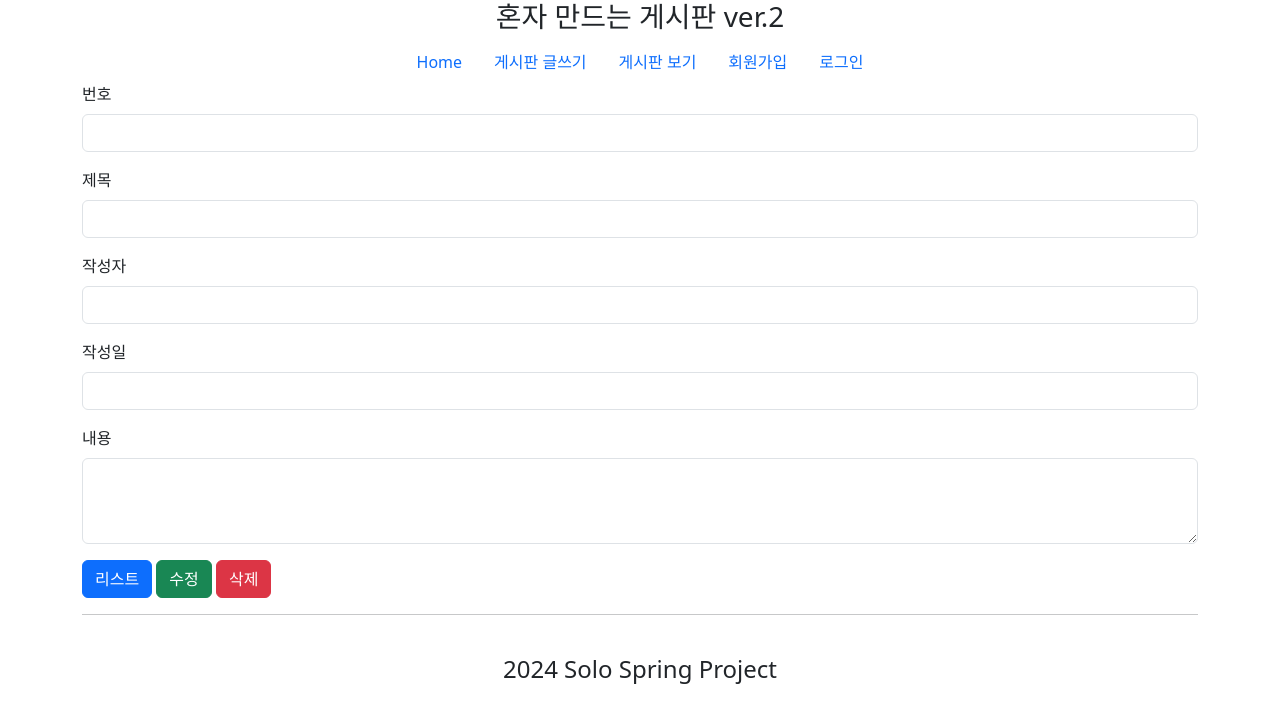
Repository: nefer2/Spring_test
Page: http://localhost/spring_test7/WEB-INF/views/board/detail.jsp
The author's editor kept a copy of each file at every save. The page is drawn from the files as they stood at one save, then again after a run of saves.
The browser window is 1280 px wide. The pictures show the whole page.
The page is served by Tomcat 9. Nobody is signed in. The template is opened directly, without the code that normally fills it, so the values that code supplies are empty.

Above is the page before, as saved 2024-01-18 01:02:35.

After the next 2 saves:
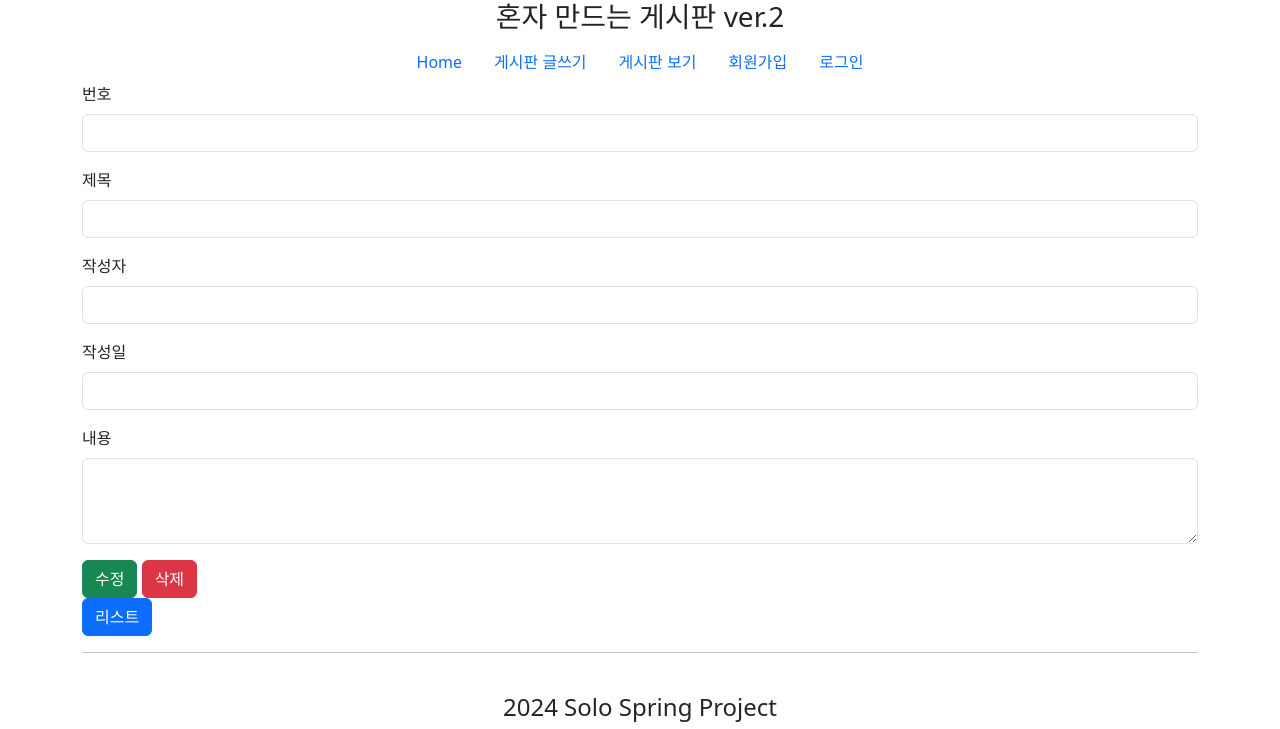
The 2 saves are shown as one change because they came seconds apart.
The last was saved 37 s later.
--- a/spring_test7/src/main/webapp/WEB-INF/views/board/detail.jsp
+++ b/spring_test7/src/main/webapp/WEB-INF/views/board/detail.jsp
@@ -32,10 +32,10 @@
 	  <textarea name="content" class="form-control" id="content" rows="3" readonly="readonly">${bvo.content }</textarea>
 	</div>
 
-	<a href="/board/list"><button type="button" class="btn btn-primary"> 리스트 </button></a>
 <a href="/board/modify?bno=${bvo.bno }"><button type="button" class="btn btn-success"> 수정 </button></a>
 <a href="/board/delete?bno=${bvo.bno }"><button type="button" class="btn btn-danger"> 삭제 </button></a>
 <br>
+<a href="/board/list"><button type="button" class="btn btn-primary"> 리스트 </button></a>
 <hr>
 <br>
 </div>
